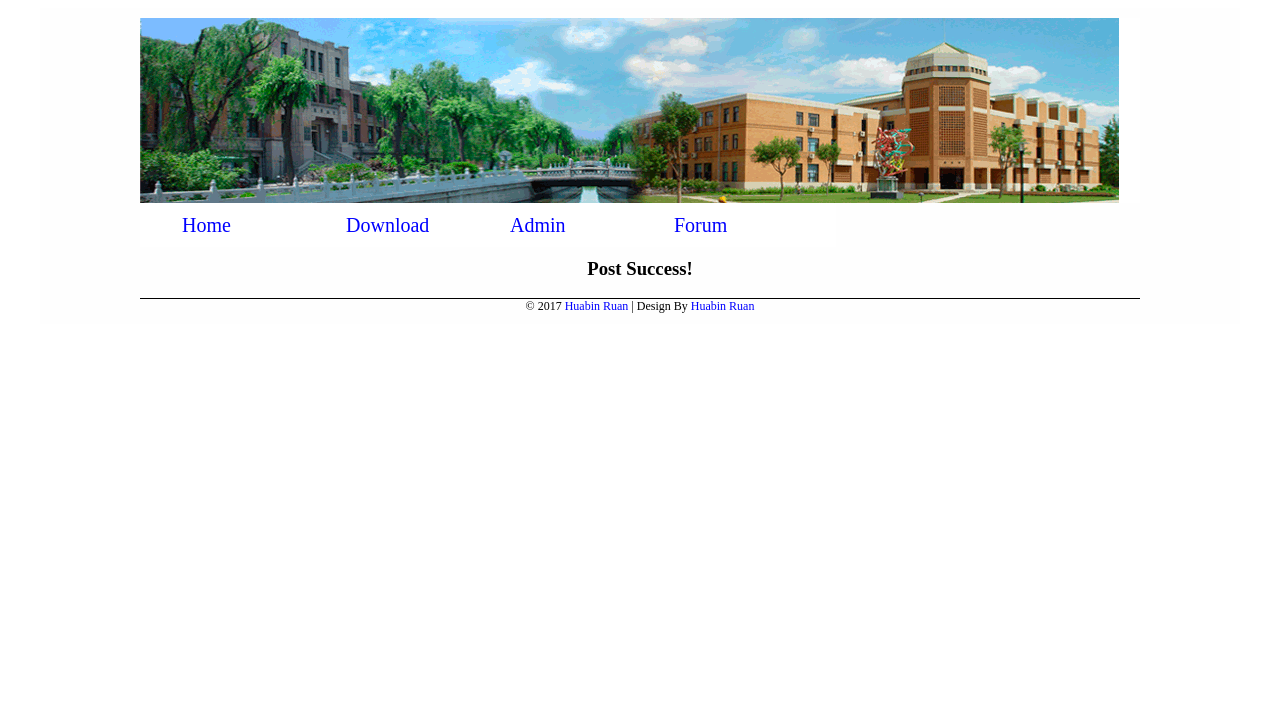
Repository: ruanhuabin/LifeSoftwareWebSite
Page: http://localhost/CryoEM/admin_login.jsp
These files come from the project's save history. The page is drawn as it stood at one moment and after the next save; the edit follows.
The browser window is 1280 px wide. The pictures show the whole page.
The page is served by Tomcat 9. Nobody is signed in. The application's start-up code is not run. Other server files are loaded and not shown.

Above is the page before, as saved 2017-08-08 09:11:35.

### CryoEM/WebRoot/admin_login.jsp
<%@ page language="java" import="java.util.*" pageEncoding="utf-8"%>
<%
String path = request.getContextPath();
String basePath = request.getScheme()+"://"+request.getServerName()+":"+request.getServerPort()+path+"/";
%>


<!DOCTYPE html PUBLIC "-//W3C//DTD XHTML 1.0 Transitional//EN" "http://www.w3.org/TR/xhtml1/DTD/xhtml1-transitional.dtd">
<html xmlns="http://www.w3.org/1999/xhtml">
<head>
<meta http-equiv="Content-Type" content="text/html; charset=utf-8" />
<link href="<%=basePath%>/style.css" rel="stylesheet" type="text/css" />
</head>
<body>


<div id="main-container">
<div id="header"></div>
<div id="navigation">
	<ul>
		<li><a href="<%=path%>/index.jsp">Home</font></a></li>
		<li><a href="<%=path%>/user/User_listSoftware.action">Download</a></li>
		<li><a href="<%=path%>/post/Admin_toAdmin.action">Admin</a></li>
		<li><a href="http://10.10.32.133/thunder/answers/">Forum</a></li>
	</ul>
</div>
<script type="text/javascript">
		var index_plist = {
			obj : document.getElementById("navigation")
					.getElementsByTagName("li"),
			currObj : null,
			init : function() {
				for (i = 0; i < index_plist.obj.length; i++) {
					eval("index_plist.obj[i].getElementsByTagName('a')[0].onclick=function(){this.className='curr';if(index_plist.currObj){index_plist.currObj.className=''}index_plist.currObj=this}");
				}
			}
		};
		index_plist.init();
</script>


<br/>
<br/>

 <h3 align="center">
	 Post Success!
 </h3>


<div id="footer">&copy; 2017 <a href="mailto:ruanhuabin@tsinghua.edu.cn">Huabin Ruan</a> | Design By <a href="#">Huabin Ruan</a> </div>
</div>


</body>
</html>

### CryoEM/WebRoot/style.css
#header {height:185px; width:100%;background-image: url(images/banner.png);background-repeat: no-repeat; background-color:white;}
body
{
	background-color:white;
	font-family: "Times New Roman",Georgia,Serif
}
#footer {
	width:100%;
	border-top:  #000000 1px solid;
	text-align:center;
	font-size:12px;
	}


.form-div {
    /* border: 1px solid black; */
    margin-top: 20px;
    margin-bottom: 100px;
    margin-right: 150px;
    margin-left: 0px;
    background-color: white;
}

#admin-login-form {

   /*  margin-top: 50px;
    margin-bottom: 100px;
    margin-right: 150px;
    margin-left: 200px;
    background-color: white; */
    align: center

}

#content-div {
   /*  border: 1px solid black; */
    margin-top: 40px;
    margin-bottom: 100px;
    margin-right: 150px;
    margin-left: 0px;
    background-color: white;
}

#main-container {
	width:1000px;
	/* width:80% */
	border: #000000 0px solid;
	margin: 0 auto;
 	background-color:#FEFEFE;
   /*  background-color:white; */

    clear:both;
	/* padding:25px 100px; */
	padding:10px 100px
	}

#leftbar {
	float:left;
	width:800px;
	border-right:1px solid #BCBDBC;
}

#rightbar {
	float:left;
	width:200px;
}

a
{
	text-decoration: none;
	color:blue;
}

a:hover
{
	color:red;
}
a:visited
{
	color: blue;
}

ul {margin-left: 0; padding-left: 40px;}
/* li {margin-left: 0; padding-left: 50px;} */

#navigation{list-style:none; text-align:left; font-size:20px; background:white; float:left}
#navigation li{width:160px; height:20px; line-height:0px; float:left; margin:2px; list-style:none;}
#navigation a{height:100%; display:block; text-decoration:none}
#navigation .curr{background:url(sub/images/nav_on.png); color:red;}

/* ul, li { list-style: none; margin: 0; padding: 0; }
ul { padding-left: 1em; }
li { padding-left: 1em;
  border: 1px dotted black;
  border-width: 0 0 1px 1px;
}
li.container { border-bottom: 0px; }
li.empty { font-style: italic;
  color: silver;
  border-color: silver;
}
li p { margin: 0;
  background: white;
  position: relative;
  top: 0.5em;
}
li ul {
  border-top: 1px dotted black;
  margin-left: -1em;
  padding-left: 2em;
}
ul li:last-child ul {
  border-left: 1px solid white;
  margin-left: -17px;
}  */


/* li{
    margin-top: 1px;
    margin:0;
    border:1px solid red;
}

li:first-child {
    margin-top:0;
} */

After the next save:
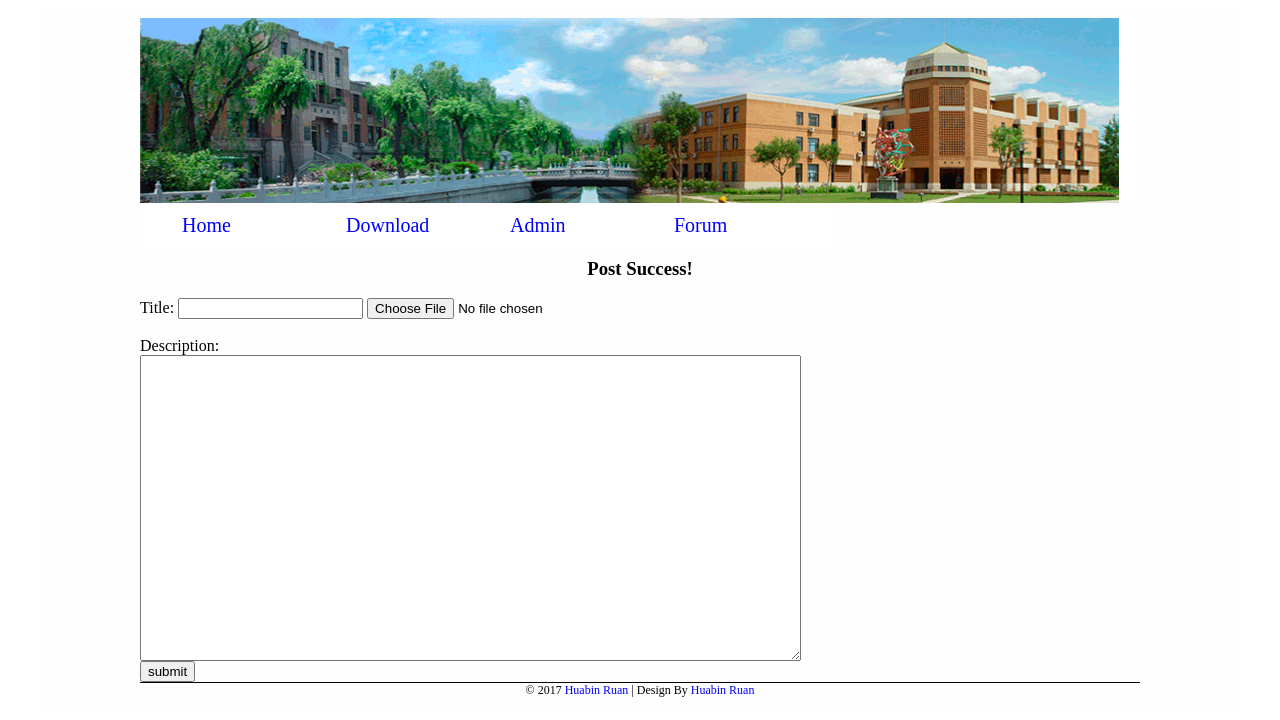
Saved 5 min 38 s later.
--- a/CryoEM/WebRoot/admin_login.jsp
+++ b/CryoEM/WebRoot/admin_login.jsp
@@ -45,7 +45,24 @@ String basePath = request.getScheme()+"://"+request.getServerName()+":"+request.
  <h3 align="center">
 	 Post Success!
  </h3>
+<div id="form-div">
+	<form action="post/Admin_postSoftware.action"	enctype="multipart/form-data" method="post" style="" title="" id="" class="">
 
+
+	  Title: <input type="text" name="title"/> <input type="file" name="yourFile" />
+	  <br />
+	  <br />
+
+	  Description:
+	  <br />
+
+
+	  <textarea rows="20" cols="80" name="description"></textarea>
+	  <br/>
+
+	  <input type="submit" value="submit" />
+
+</form>
 
 <div id="footer">&copy; 2017 <a href="mailto:ruanhuabin@tsinghua.edu.cn">Huabin Ruan</a> | Design By <a href="#">Huabin Ruan</a> </div>
 </div>
